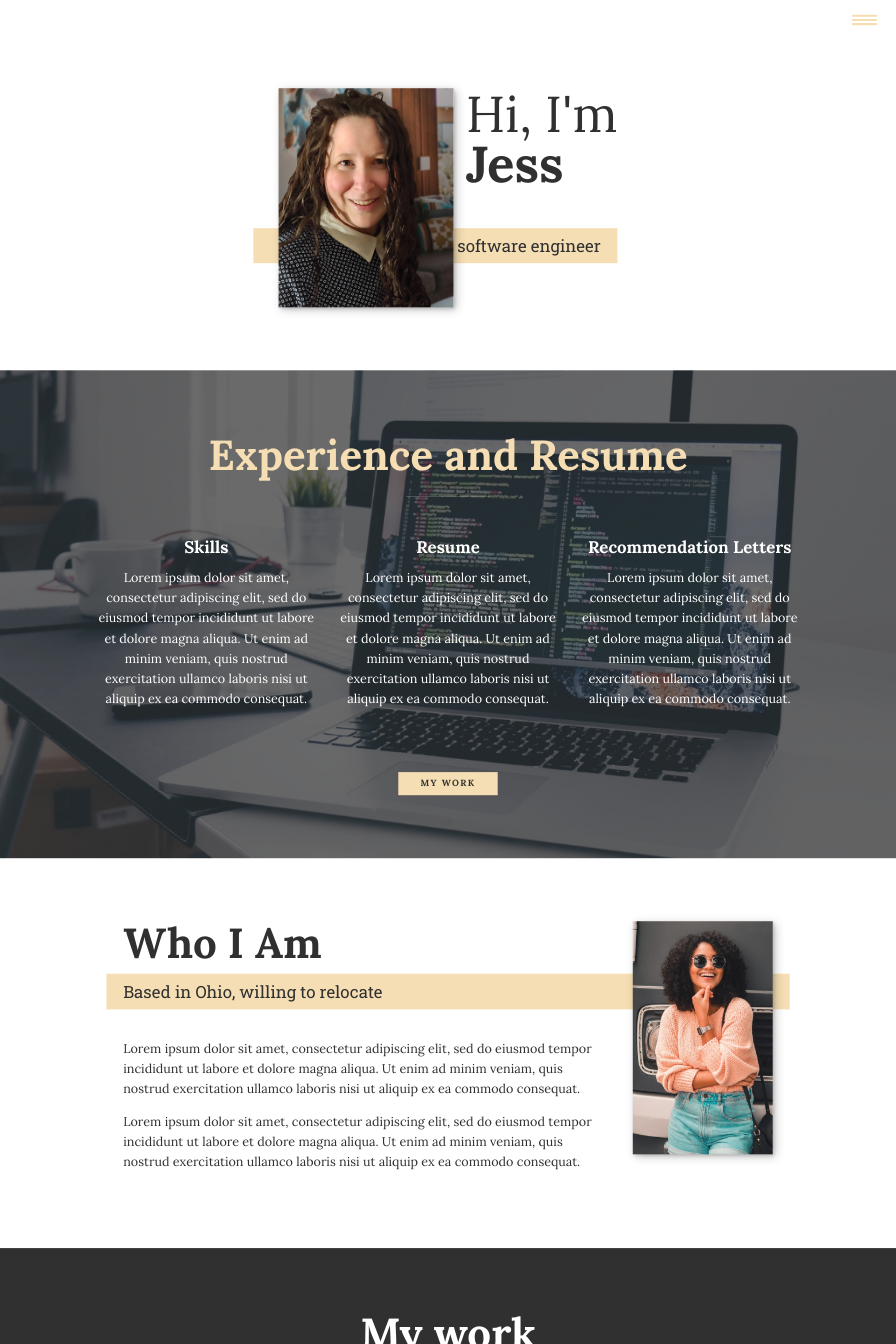
Repository: DinoDime/site
Page: index.html
These files come from the project's save history. The page is drawn as it stood at one moment and after the next save; the edit follows.
The browser window is 1280 px wide. The pictures show the part of the page from y = 0 to 1920 px (the page is 3275 px tall), at 70% of full size.
Some web libraries are served in a nearby version.

Above is the page before, as saved 2021-04-29 11:18:54.

### index.html
<!DOCTYPE html>
<html lang="en">
  <head>
    <link
      rel="stylesheet"
      href="https://cdnjs.cloudflare.com/ajax/libs/normalize/8.0.1/normalize.css"
    />
    <meta charset="UTF-8" />
    <meta name="viewport" content="width=device-width, initial-scale=1.0" />
    <title>Jess Perschke</title>
    <link
      rel="stylesheet"
      href="https://cdnjs.cloudflare.com/ajax/libs/normalize/7.0.0/normalize.min.css"
    />
    <link
      rel="stylesheet"
      href="https://cdnjs.cloudflare.com/ajax/libs/font-awesome/5.11.2/css/all.css"
      integrity="sha256-46qynGAkLSFpVbEBog43gvNhfrOj+BmwXdxFgVK/Kvc="
      crossorigin="anonymous"
    />

    <!-- Update these with your own fonts -->
    <link
      href="https://fonts.googleapis.com/css?family=Lora:400,700|Roboto+Slab:400,700&display=swap"
      rel="stylesheet"
    />

    <link rel="stylesheet" href="css/style.css" />
  </head>
  <body>
    <header>
      <button class="nav-toggle" aria-label="toggle navigation">
        <span class="hamburger"></span>
      </button>
      <nav class="nav">
        <ul class="nav__list">
          <li class="nav__item"><a href="#home" class="nav__link">Home</a></li>
          <li class="nav__item">
            <a href="#services" class="nav__link">My Services</a>
          </li>
          <li class="nav__item">
            <a href="#about" class="nav__link">About Me</a>
          </li>
          <li class="nav__item">
            <a href="#work" class="nav__link">My Work</a>
          </li>
        </ul>
      </nav>
    </header>

    <!-- Introduction -->
    <section class="intro" id="home">
      <h1 class="section__title section__title--intro">
        Hi, I'm <strong>Jess</strong>
      </h1>
      <p class="section__subtitle section__subtitle--intro">
        software engineer
      </p>
      <img
        src="img/jess.jpg"
        alt="a picture of Jess Perschke smiling"
        class="intro__img"
      />
    </section>

    <!-- My services -->
    <section class="my-services" id="services">
      <h2 class="section__title section__title--services">
        Experience and Resume
      </h2>
      <div class="services">
        <div class="service">
          <h3>Skills</h3>
          <p>
            Lorem ipsum dolor sit amet, consectetur adipiscing elit, sed do
            eiusmod tempor incididunt ut labore et dolore magna aliqua. Ut enim
            ad minim veniam, quis nostrud exercitation ullamco laboris nisi ut
            aliquip ex ea commodo consequat.
          </p>
        </div>
        <!-- / service -->

        <div class="service">
          <h3>Resume</h3>
          <p>
            Lorem ipsum dolor sit amet, consectetur adipiscing elit, sed do
            eiusmod tempor incididunt ut labore et dolore magna aliqua. Ut enim
            ad minim veniam, quis nostrud exercitation ullamco laboris nisi ut
            aliquip ex ea commodo consequat.
          </p>
        </div>
        <!-- / service -->

        <div class="service">
          <h3>Recommendation Letters</h3>
          <p>
            Lorem ipsum dolor sit amet, consectetur adipiscing elit, sed do
            eiusmod tempor incididunt ut labore et dolore magna aliqua. Ut enim
            ad minim veniam, quis nostrud exercitation ullamco laboris nisi ut
            aliquip ex ea commodo consequat.
          </p>
        </div>
        <!-- / service -->
      </div>
      <!-- / services -->

      <a href="#work" class="btn">My Work</a>
    </section>

    <!-- About me -->
    <section class="about-me" id="about">
      <h2 class="section__title section__title--about">Who I Am</h2>
      <class class="section__subtitle section__subtitle--about">
        Based in Ohio, willing to relocate
      </class>

      <div class="about-me__body">
        <p>
          Lorem ipsum dolor sit amet, consectetur adipiscing elit, sed do
          eiusmod tempor incididunt ut labore et dolore magna aliqua. Ut enim ad
          minim veniam, quis nostrud exercitation ullamco laboris nisi ut
          aliquip ex ea commodo consequat.
        </p>
        <p>
          Lorem ipsum dolor sit amet, consectetur adipiscing elit, sed do
          eiusmod tempor incididunt ut labore et dolore magna aliqua. Ut enim ad
          minim veniam, quis nostrud exercitation ullamco laboris nisi ut
          aliquip ex ea commodo consequat.
        </p>
      </div>

      <img
        src="img/dev-jane-02.jpg"
        alt="Jane leaning against a bus"
        class="about-me__img"
      />
    </section>

    <!-- My Work -->
    <section class="my-work" id="work">
      <h2 class="section__title section__title--work">My work</h2>
      <p class="section__subtitle section__subtitle--work">
        A selection of my range of work
      </p>

      <div class="portfolio">
        <!-- Portfolio item 01 -->
        <a href="portfolio-item.html" class="portfolio__item">
          <img src="img/portfolio-01.jpg" alt="" class="portfolio__img" />
        </a>

        <!-- Portfolio item 02 -->
        <a href="portfolio-item.html" class="portfolio__item">
          <img src="img/portfolio-02.jpg" alt="" class="portfolio__img" />
        </a>

        <!-- Portfolio item 03 -->
        <a href="portfolio-item.html" class="portfolio__item">
          <img src="img/portfolio-03.jpg" alt="" class="portfolio__img" />
        </a>

        <!-- Portfolio item 04 -->
        <a href="portfolio-item.html" class="portfolio__item">
          <img src="img/portfolio-04.jpg" alt="" class="portfolio__img" />
        </a>

        <!-- Portfolio item 05 -->
        <a href="portfolio-item.html" class="portfolio__item">
          <img src="img/portfolio-05.jpg" alt="" class="portfolio__img" />
        </a>

        <!-- Portfolio item 06 -->
        <a href="portfolio-item.html" class="portfolio__item">
          <img src="img/portfolio-06.jpg" alt="" class="portfolio__img" />
        </a>

        <!-- Portfolio item 07 -->
        <a href="portfolio-item.html" class="portfolio__item">
          <img src="img/portfolio-07.jpg" alt="" class="portfolio__img" />
        </a>

        <!-- Portfolio item 08 -->
        <a href="#" class="portfolio__item">
          <img src="img/portfolio-08.jpg" alt="" class="portfolio__img" />
        </a>

        <!-- Portfolio item 09 -->
        <a href="#" class="portfolio__item">
          <img src="img/portfolio-09.jpg" alt="" class="portfolio__img" />
        </a>

        <!-- Portfolio item 0 0-->
        <a href="#" class="portfolio__item">
          <img src="img/portfolio-10.jpg" alt="" class="portfolio__img" />
        </a>
      </div>
    </section>

    <!-- Footer -->
    <footer class="footer">
      <!-- replace with your own email address -->
      <a href="mailto:jessicaperschke@mailbox.org" class="footer__link"
        >jessicaperschke@mailbox.org</a
      >
      <ul class="social-list">
        <li class="social-list__item">
          <a class="social-list__link" href="https://github.com">
            <i class="fab fa-github"></i>
          </a>
        </li>
      </ul>
    </footer>

    <script src="js/index.js"></script>
  </body>
</html>

### css/style.css
*,
*::before,
*::after {
  box-sizing: border-box;
}

/* Custom Properties, update these for your own design */

:root {
  --ff-primary: "Lora", serif;
  --ff-secondary: "Roboto Slab", serif;

  --fw-reg: 400;
  --fw-bold: 700;

  --clr-light: #fff;
  --clr-dark: #303030;
  --clr-accent: wheat;

  --fs-h1: 3rem;
  --fs-h2: 2.25rem;
  --fs-h3: 1.25rem;
  --fs-body: 1rem;

  --bs: 0.25em 0.25em 0.75em rgba(0, 0, 0, 0.25),
    0.125em 0.125em 0.25em rgba(0, 0, 0, 0.15);
}

@media (min-width: 800px) {
  :root {
    --fs-h1: 4.5rem;
    --fs-h2: 3.75rem;
    --fs-h3: 1.5rem;
    --fs-body: 1.125rem;
  }
}

/* General styles */

/* endable this to add smooth scrolling */
/* html {
    scroll-behavior: smooth;
} */

body {
  background: var(--clr-light);
  color: var(--clr-dark);
  margin: 0;
  font-family: var(--ff-primary);
  font-size: var(--fs-body);
  line-height: 1.6;
}

section {
  padding: 5em 2em;
}

img {
  display: block;
  max-width: 100%;
}

strong {
  font-weight: var(--fw-bold);
}

:focus {
  outline: 3px solid var(--clr-accent);
  outline-offset: 3px;
}

/* Buttons */

.btn {
  display: inline-block;
  padding: 0.5em 2.5em;
  background: var(--clr-accent);
  color: var(--clr-dark);
  text-decoration: none;
  cursor: pointer;
  font-size: 0.8rem;
  text-transform: uppercase;
  letter-spacing: 2px;
  font-weight: var(--fw-bold);
  transition: transform 200ms ease-in-out;
}

.btn:hover {
  transform: scale(1.1);
}

/* Typography */

h1,
h2,
h3 {
  line-height: 1;
  margin: 0;
}

h1 {
  font-size: var(--fs-h1);
}
h2 {
  font-size: var(--fs-h2);
}
h3 {
  font-size: var(--fs-h3);
}

.section__title {
  margin-bottom: 0.25em;
}

.section__title--intro {
  font-weight: var(--fw-reg);
}

.section__title--intro strong {
  display: block;
}

.section__subtitle {
  margin: 0;
  font-size: var(--fs-h3);
}

.section__subtitle--intro,
.section__subtitle--about {
  background: var(--clr-accent);
  padding: 0.25em 1em;
  font-family: var(--ff-secondary);
  margin-bottom: 1em;
}

.section__subtitle--work {
  color: var(--clr-accent);
  font-weight: var(--fw-bold);
  margin-bottom: 2em;
}

/* header */

header {
  display: flex;
  justify-content: space-between;
  padding: 1em;
}

.logo {
  max-width: 100px;
}

.nav {
  position: fixed;
  background: var(--clr-dark);
  color: var(--clr-light);
  top: 0;
  bottom: 0;
  left: 0;
  right: 0;
  z-index: 100;

  transform: translateX(100%);
  transition: transform 250ms cubic-bezier(0.5, 0, 0.5, 1);
}

.nav__list {
  list-style: none;
  display: flex;
  height: 100%;
  flex-direction: column;
  justify-content: space-evenly;
  align-items: center;
  margin: 0;
  padding: 0;
}

.nav__link {
  color: inherit;
  font-weight: var(--fw-bold);
  font-size: var(--fs-h2);
  text-decoration: none;
}

.nav__link:hover {
  color: var(--clr-accent);
}

.nav-toggle {
  padding: 0.5em;
  background: transparent;
  border: 0;
  cursor: pointer;
  position: absolute;
  right: 1em;
  top: 1em;
  z-index: 1000;
}

.nav-open .nav {
  transform: translateX(0);
}

.nav-open .nav-toggle {
  position: fixed;
}

.nav-open .hamburger {
  transform: rotate(0.625turn);
}

.nav-open .hamburger::before {
  transform: rotate(90deg) translateX(-6px);
}

.nav-open .hamburger::after {
  opacity: 0;
}

.hamburger {
  display: block;
  position: relative;
}

.hamburger,
.hamburger::before,
.hamburger::after {
  background: var(--clr-accent);
  width: 2em;
  height: 3px;
  border-radius: 1em;
  transition: transform 250ms ease-in-out;
}

.hamburger::before,
.hamburger::after {
  content: "";
  position: absolute;
  left: 0;
  right: 0;
}

.hamburger::before {
  top: 6px;
}
.hamburger::after {
  bottom: 6px;
}

/*  Intro section  */

.intro {
  position: relative;
}

.intro__img {
  box-shadow: var(--bs);
}

.section__subtitle--intro {
  display: inline-block;
}

@media (min-width: 600px) {
  .intro {
    display: grid;
    width: min-content;
    margin: 0 auto;
    grid-column-gap: 1em;
    grid-template-areas:
      "img title"
      "img subtitle";
    grid-template-columns: min-content max-content;
  }

  .intro__img {
    grid-area: img;
    min-width: 250px;
    position: relative;
    z-index: 2;
  }

  .section__subtitle--intro {
    align-self: start;
    grid-column: -1 / 1;
    grid-row: 2;
    text-align: right;
    position: relative;
    left: -1.5em;
    width: calc(100% + 1.5em);
  }
}

/*  My services section  */

.my-services {
  background-color: var(--clr-dark);
  background-image: url(../img/services-bg.jpg);
  background-size: cover;
  /* background-blend-mode: multiply; */
  color: var(--clr-light);
  text-align: center;
}

.section__title--services {
  color: var(--clr-accent);
  position: relative;
}

.section__title--services::after {
  content: "";
  display: block;
  width: 2em;
  height: 1px;
  margin: 0.5em auto 1em;
  background: var(--clr-light);
  opacity: 0.25;
}

.services {
  margin-bottom: 4em;
}

.service {
  max-width: 500px;
  margin: 0 auto;
}

@media (min-width: 800px) {
  .services {
    display: flex;
    max-width: 1000px;
    margin-left: auto;
    margin-right: auto;
  }

  .service + .service {
    margin-left: 2em;
  }
}

.about-me {
  max-width: 1000px;
  margin: 0 auto;
}

.about-me__img {
  box-shadow: var(--bs);
}

@media (min-width: 600px) {
  .about-me {
    display: grid;
    grid-template-columns: 1fr 200px;
    grid-template-areas:
      "title img"
      "subtitle img"
      "text img";
    grid-column-gap: 2em;
  }

  .section__title--about {
    grid-area: title;
  }

  .section__subtitle--about {
    grid-column: 1 / -1;
    grid-row: 2;
    position: relative;
    left: -1em;
    width: calc(100% + 2em);
    padding-left: 1em;
    padding-right: calc(200px + 4em);
  }

  .about-me__img {
    grid-area: img;
    position: relative;
    z-index: 2;
  }
}

/* My Work */

.my-work {
  background-color: var(--clr-dark);
  color: var(--clr-light);
  text-align: center;
}

.portfolio {
  display: grid;
  grid-template-columns: repeat(auto-fit, minmax(300px, 1fr));
}

.portfolio__item {
  background: var(--clr-accent);
  overflow: hidden;
}

.portfolio__img {
  transition: transform 750ms cubic-bezier(0.5, 0, 0.5, 1), opacity 250ms linear;
}

.portfolio__item:focus {
  position: relative;
  z-index: 2;
}

.portfolio__img:hover,
.portfolio__item:focus .portfolio__img {
  transform: scale(1.2);
  opacity: 0.5;
}

/* footer */

.footer {
  background: #111;
  color: var(--clr-accent);
  text-align: center;
  padding: 2.5em 0;
  font-size: var(--fs-h3);
}

.footer a {
  color: inherit;
  text-decoration: none;
}

.footer__link {
  font-weight: var(--fw-bold);
}

.footer__link:hover,
.social-list__link:hover {
  opacity: 0.7;
}

.footer__link:hover {
  text-decoration: underline;
}

.social-list {
  list-style: none;
  display: flex;
  justify-content: center;
  margin: 2em 0 0;
  padding: 0;
}

.social-list__item {
  margin: 0 0.5em;
}

.social-list__link {
  padding: 0.5em;
}

/* Individual portfolio item styles */

.portfolio-item-individual {
  padding: 0 2em 2em;
  max-width: 1000px;
  margin: 0 auto;
}

.portfolio-item-individual p {
  max-width: 600px;
  margin-left: auto;
  margin-right: auto;
}

Loaded but not shown: js/index.js (no copy from this time; the picture is the same without it)

After the next save:
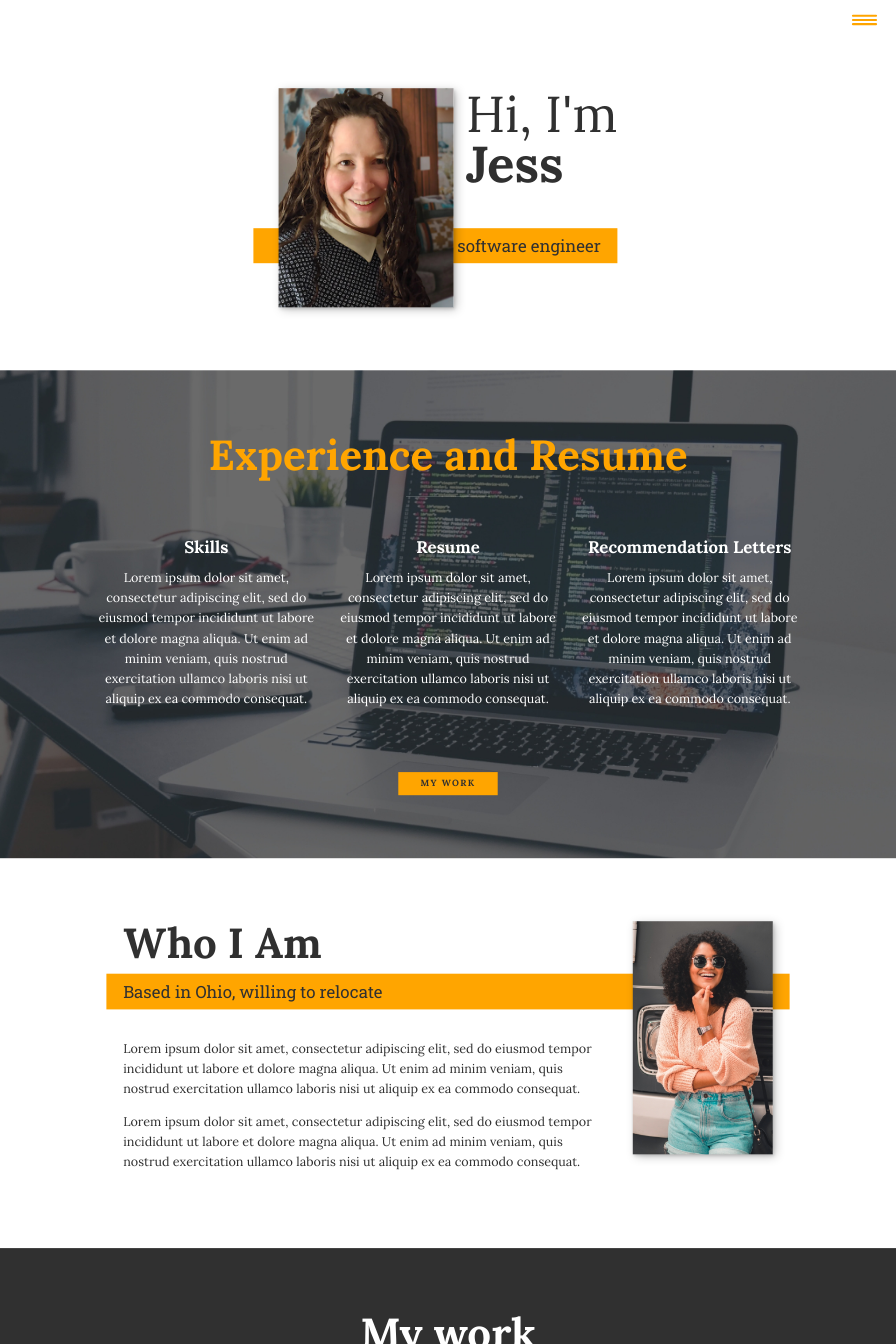
Saved 80 s later.
--- a/css/style.css
+++ b/css/style.css
@@ -15,7 +15,7 @@
 
   --clr-light: #fff;
   --clr-dark: #303030;
-  --clr-accent: wheat;
+  --clr-accent: orange;
 
   --fs-h1: 3rem;
   --fs-h2: 2.25rem;
